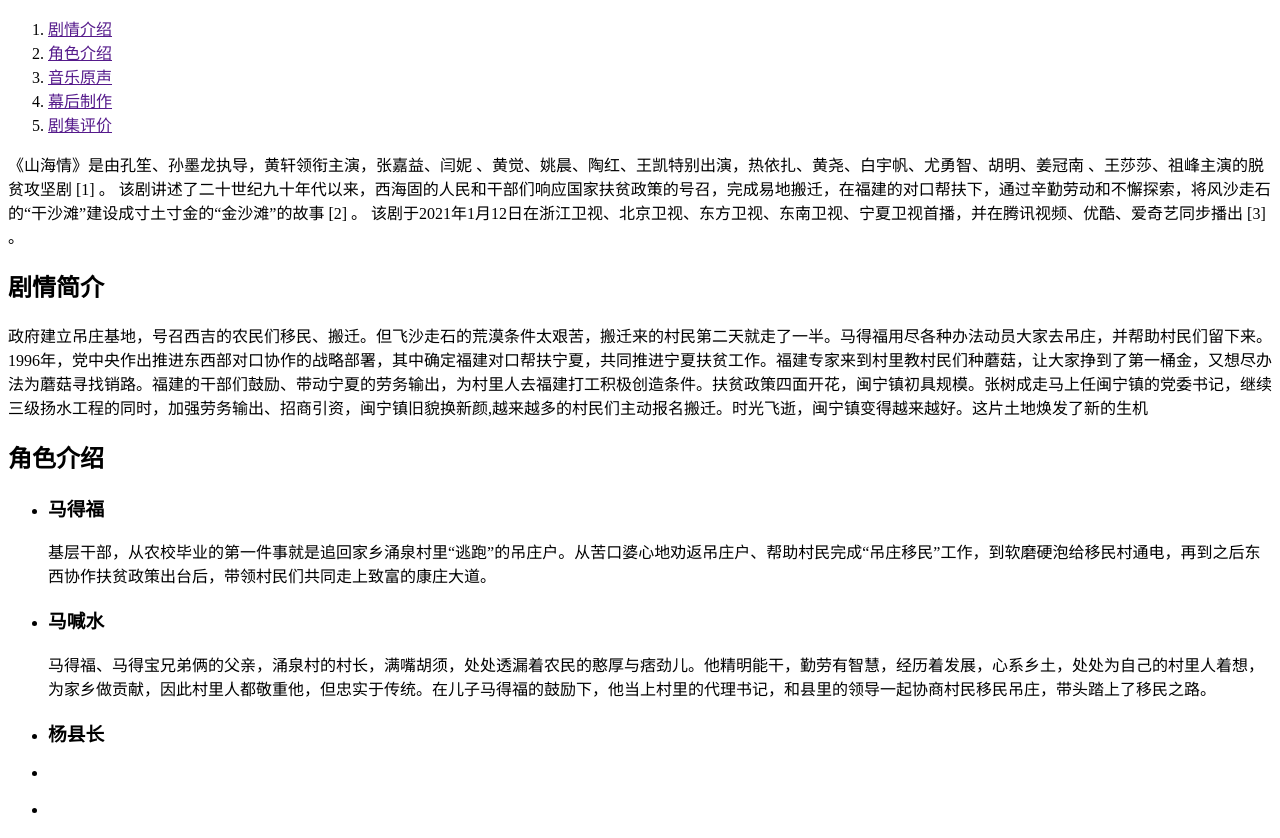
Repository: Lixianlai-2/static-website
Page: index.html
The author's editor kept a copy of each file at every save. The page is drawn from the files as they stood at one save, then again after the next save.
The browser window is 1280 px wide. The pictures show the whole page.

Above is the page before, as saved 2021-11-29 23:19:25.

After the next save:
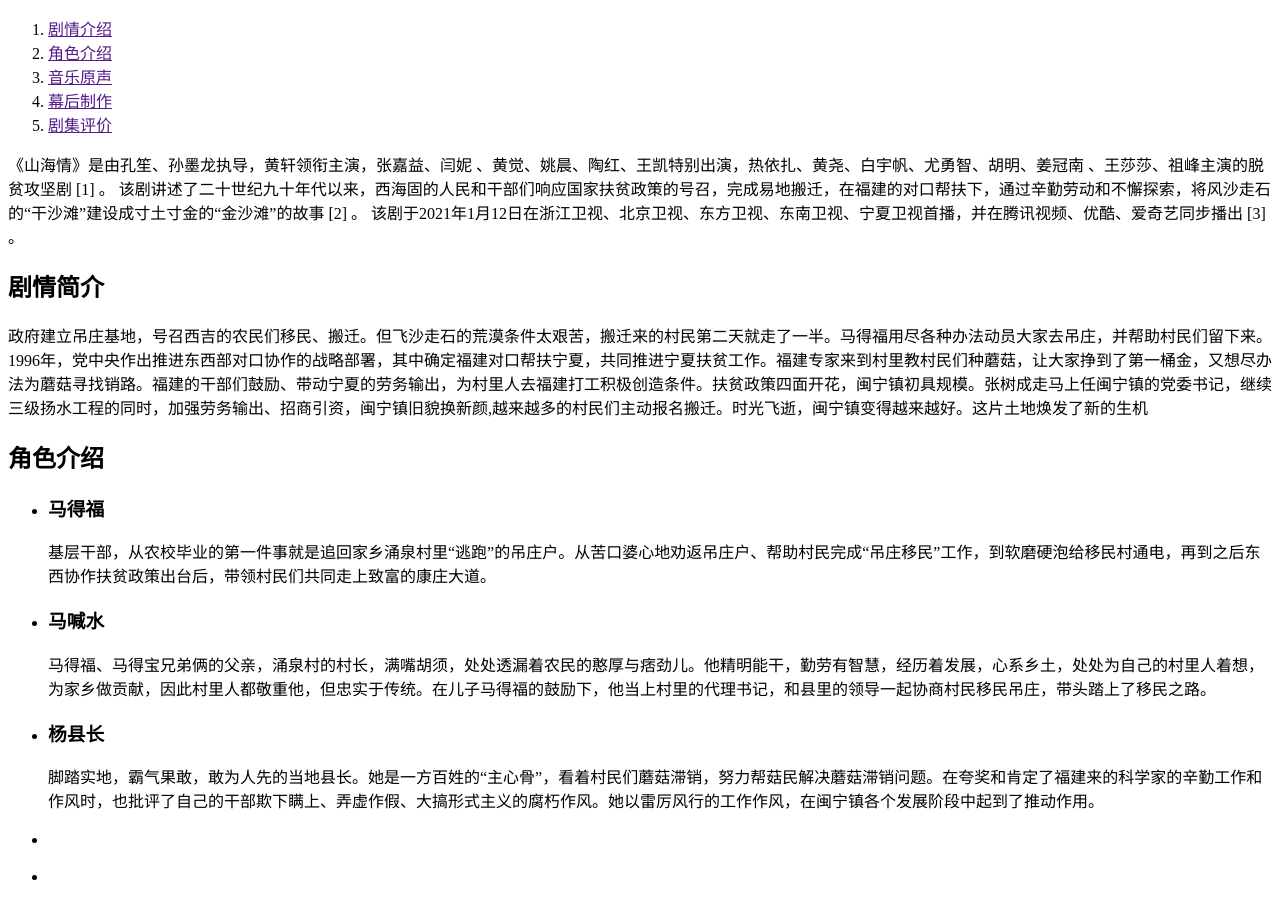
Saved 5 s later.
--- a/index.html
+++ b/index.html
@@ -58,7 +58,9 @@
       </li>
       <li>
         <h3>杨县长</h3>
-        <p></p>
+        <p>
+          脚踏实地，霸气果敢，敢为人先的当地县长。她是一方百姓的“主心骨”，看着村民们蘑菇滞销，努力帮菇民解决蘑菇滞销问题。在夸奖和肯定了福建来的科学家的辛勤工作和作风时，也批评了自己的干部欺下瞒上、弄虚作假、大搞形式主义的腐朽作风。她以雷厉风行的工作作风，在闽宁镇各个发展阶段中起到了推动作用。
+        </p>
       </li>
       <li>
         <h3></h3>
